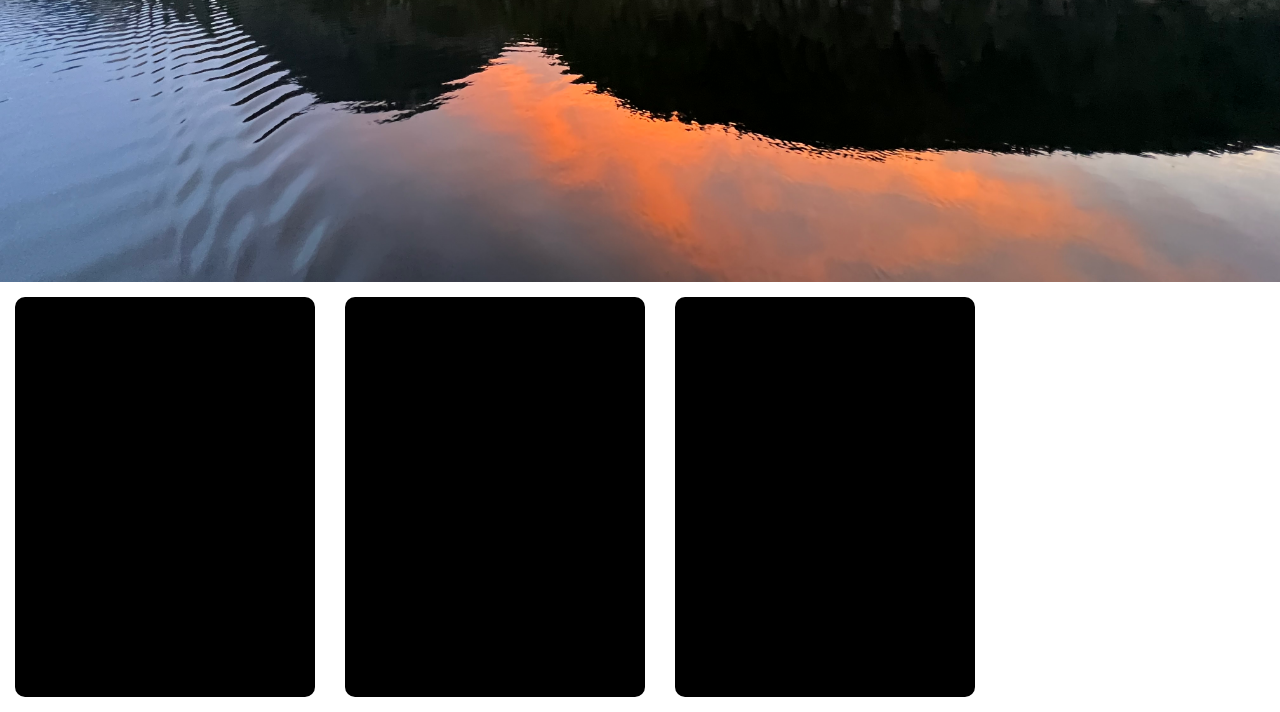
Repository: iforgotmylogin/WebDesignFinal
Page: index.html
An editor plug-in stored every save of this project. The page is shown before and after the next save, followed by the edit.
The browser window is 1280 px wide. The pictures show the part of the page from y = 530 to 1482 px (the page is 1242 px tall before and 1482 px after).
A picture or video elsewhere on the page could not be fetched, so the positions and the page height are approximate.

Above is the page before, as saved 2024-04-07 17:39:52.

After the next save:
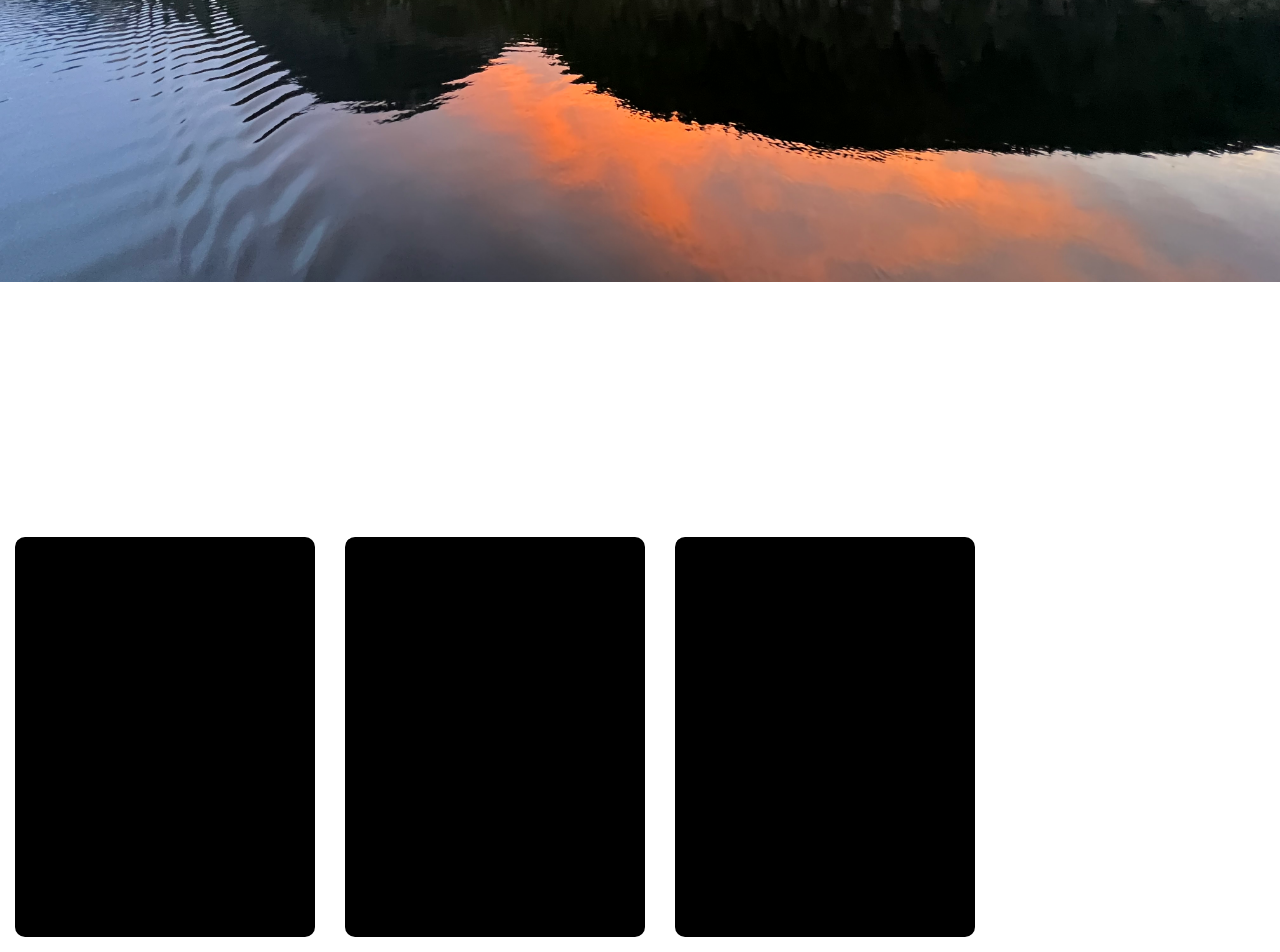
Saved 71 s later.
--- a/index.html
+++ b/index.html
@@ -48,17 +48,14 @@
         <h2>Explore the Wild, Embrace the Unknown</h2>
     </main>
 
-    <div class="box Hunting">
+    <div class="container">
+        <div class="box Hunting">Hunting</div>
 
+        <div class="box Fishing">Fishing</div>
+
+        <div class="box Shooting">Shooting</div>
     </div>
 
-    <div class="box Fishing">
-
-    </div>
-
-    <div class="box Shooting">
-
-    </div>
 
 
     <!-- Use <div data-aos="fade-up"><div> for really cool animations that use this java script!! -->
